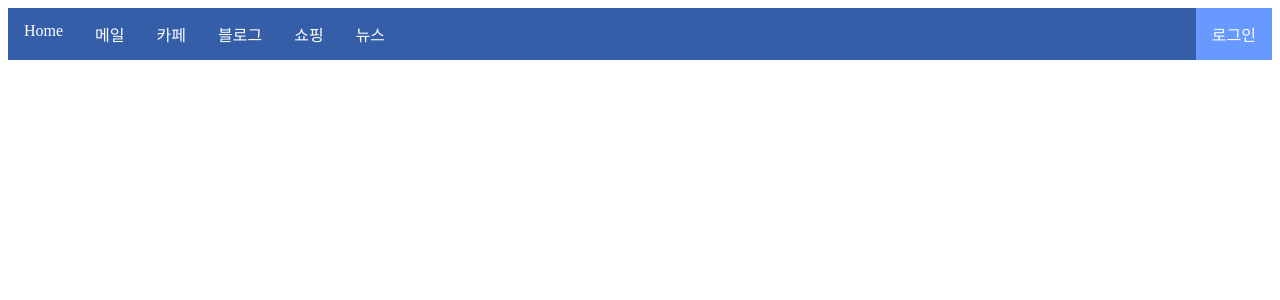
Repository: kdh2212/KDT_code
Page: http://localhost/20250805Web/
These files come from the project's save history. The page is drawn as it stood at one moment and after the next save; the edit follows.
The browser window is 1280 px wide. The pictures show the whole page.
The page is served by Tomcat 9.

Above is the page before, as saved 2025-08-05 06:03:44.

After the next save:
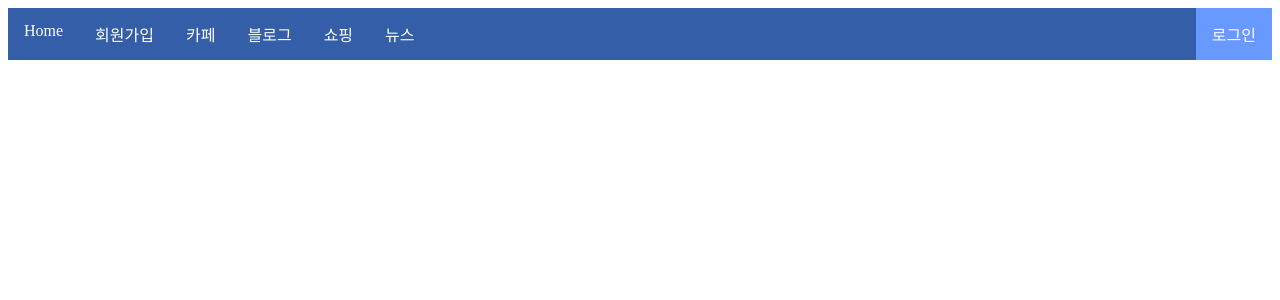
Saved 2 min 40 s later.
--- a/20250805Web/src/main/webapp/index.jsp
+++ b/20250805Web/src/main/webapp/index.jsp
@@ -59,7 +59,7 @@
 <body>
 	<ul>
 		  <li><a href="#home">Home</a></li>
-		  <li><a href="#mail">메일</a></li>
+		  <li><a href="#mail">회원가입</a></li>
 		  <li><a href="#cafe">카페</a></li>
 		  <li><a href="#blog">블로그</a></li>
 		  <li class="dropdown">
